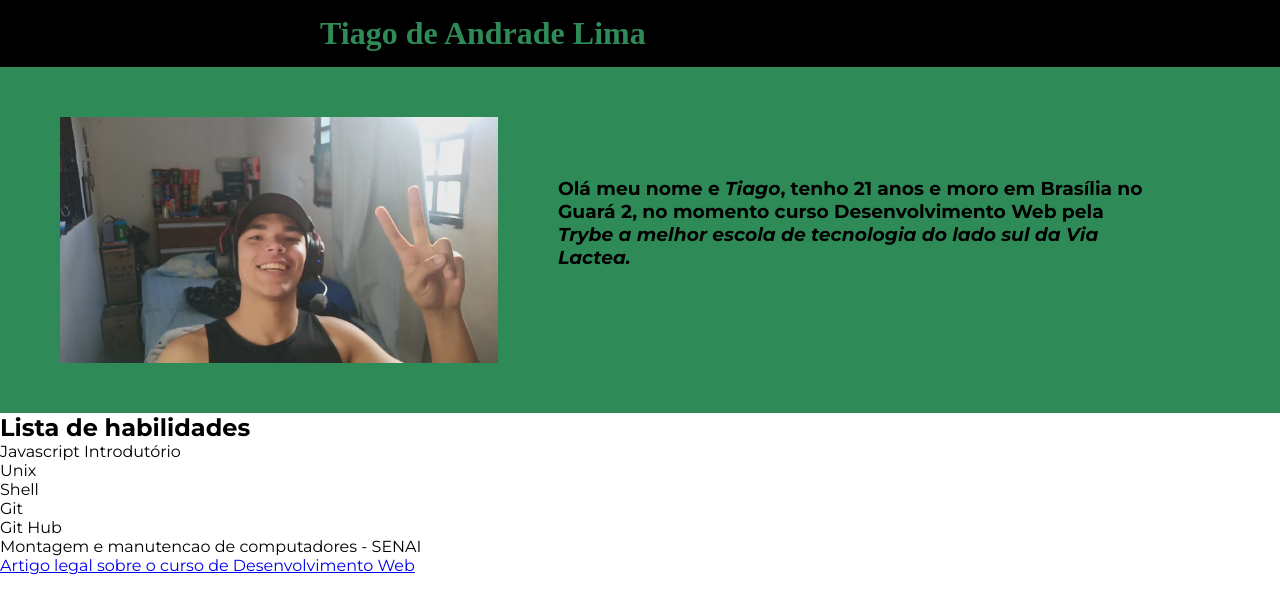
Repository: Batatiago/Batatiago.github.io
Page: index.html
These files come from the project's save history. The page is drawn as it stood at one moment and after the next save; the edit follows.
The browser window is 1280 px wide. The pictures show the whole page.

Above is the page before, as saved 2023-06-29 11:34:42.

After the next save:
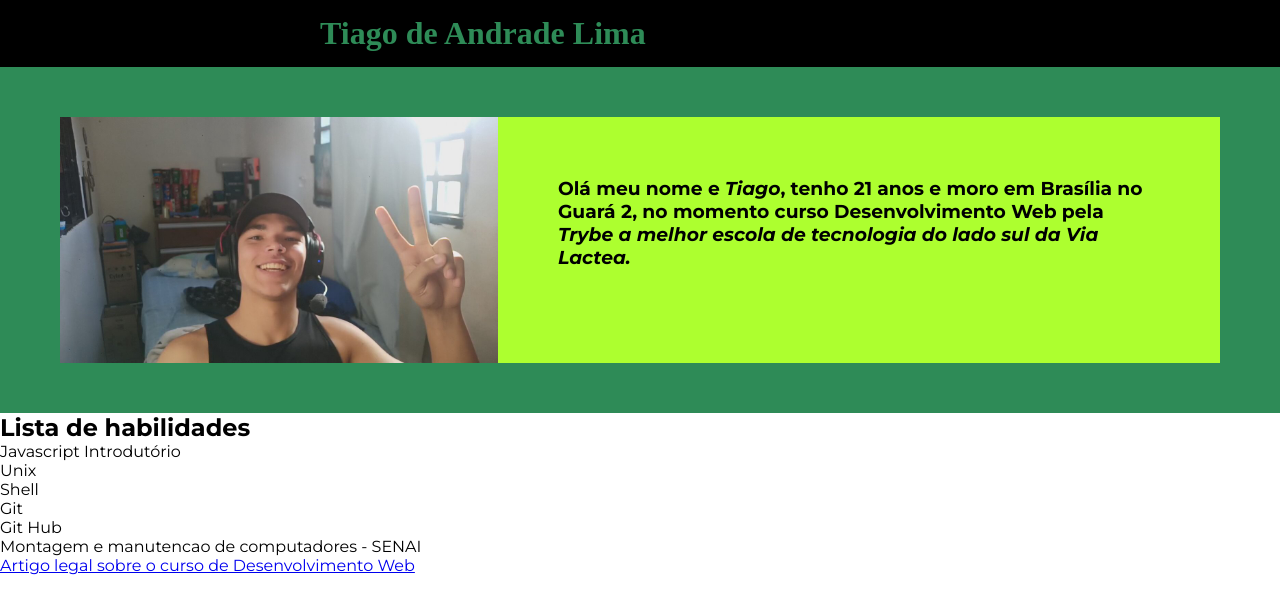
Saved 84 s later.
--- a/style.css
+++ b/style.css
@@ -30,6 +30,7 @@ body {
 
 .resumo h3 {
     padding: 60px;
+    background-color: greenyellow;
 }
 
 #foto {
